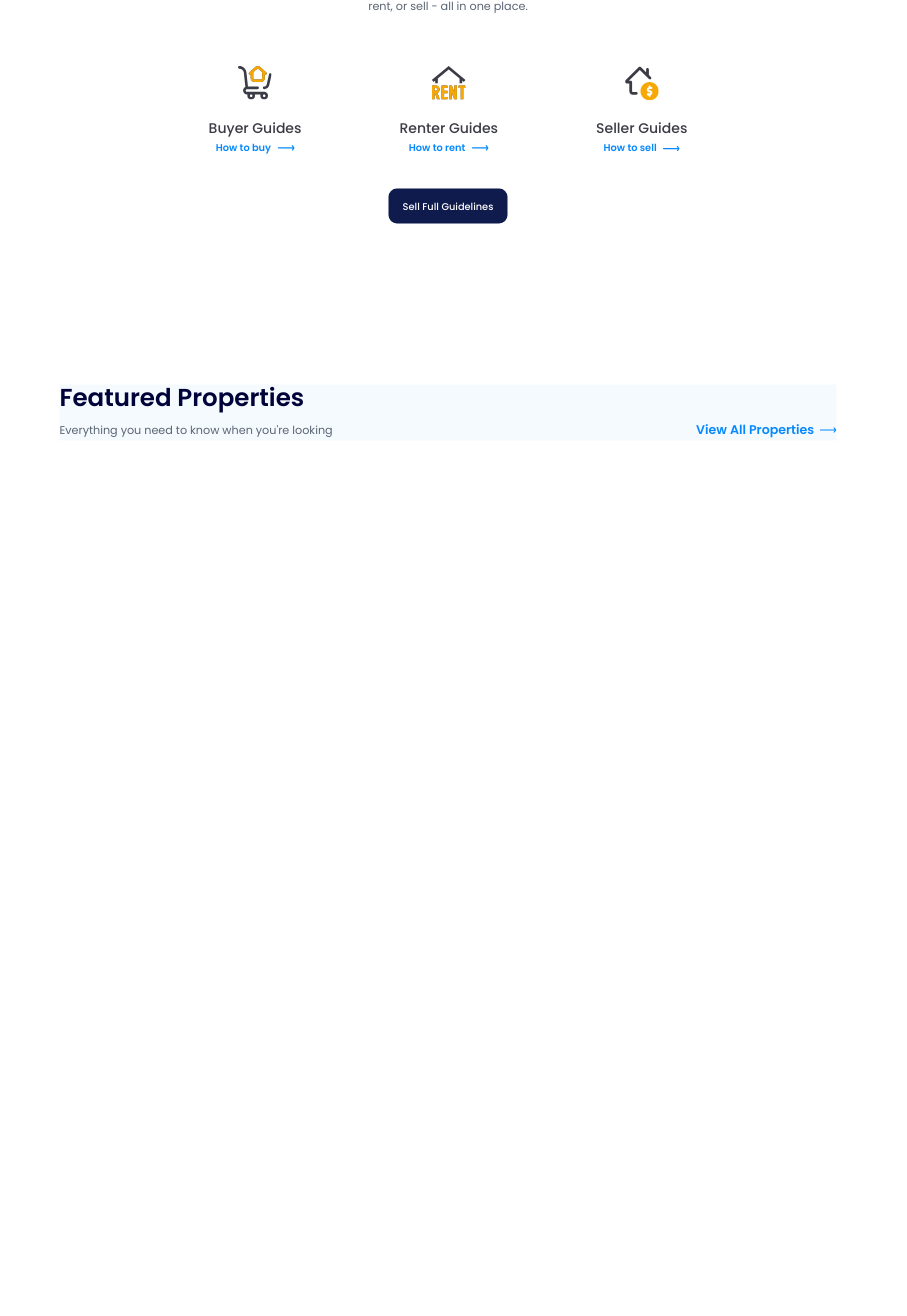
Repository: anhtien111198/f8-htmlcss-01
Page: index.html
An editor plug-in stored every save of this project. The page is shown before and after the next save, followed by the edit.
The browser window is 1280 px wide. The page is 1295 px wide, so the pictures cover 1295 px, including what lies to the right of the window. The pictures show the part of the page from y = 1335 to 3215 px (the page is 10000 px tall), at 70% of full size.

Above is the page before, as saved 2023-04-29 23:43:28.

### index.html
<!DOCTYPE html>
<html lang="en">
    <head>
        <meta charset="UTF-8" />
        <meta http-equiv="X-UA-Compatible" content="IE=edge" />
        <meta name="viewport" content="width=device-width, initial-scale=1.0" />
        <title>F8 project 01</title>
        <link rel="stylesheet" href="./assets/css/reset.css" />
        <link rel="stylesheet" href="./assets/fonts/stylesheet.css" />
        <link rel="stylesheet" href="./assets/css/styles.css" />
    </head>
    <body>
        <main style="height: 10000px">
            <!-- Header -->
            <header class="header">
                <div class="content">
                    <nav class="navbar">
                        <!-- logo -->
                        <img src="./assets/img/logo.svg" alt="Besnik." />
                        <!-- Navigation -->
                        <ul>
                            <li>
                                <a href="#!">Home</a>
                            </li>
                            <li>
                                <a href="#!">Features</a>
                            </li>
                            <li>
                                <a href="#!">Services</a>
                            </li>
                            <li>
                                <a href="#!">Resources</a>
                            </li>
                            <li>
                                <a href="#!">Contact</a>
                            </li>
                        </ul>
                        <!-- Action -->
                        <div class="action">
                            <a href="#!" class="action-link">Sign in</a>
                            <a href="#!" class="btn action-btn">Sing up</a>
                        </div>
                    </nav>

                    <div class="hero">
                        <div class="info">
                            <p class="sub-title">Welcome to Besnik Agency</p>
                            <h1 class="title">
                                Discover a place you'll love to live.
                            </h1>
                            <p class="desc">
                                get the best real estate deals first, before
                                they hit the mass market! HOT FORECLOSURE DEALS
                                with one simple search.
                            </p>
                            <a href="#!" class="btn hero-cta">More About Us</a>
                        </div>

                        <img
                            src="./assets/img/house illustration.svg"
                            alt="Discover a place you'll love to live."
                            class="hero-img"
                        />
                    </div>
                </div>
            </header>

            <!-- clients -->
            <div class="clients">
                <div class="content">
                    <div class="row">
                        <img src="./assets/img/logo.svg" alt="Besnik." />
                        <!-- start -->
                        <div class="start">
                            <img src="./assets/img/start.svg" alt="start" />
                            <img src="./assets/img/start.svg" alt="start" />
                            <img src="./assets/img/start.svg" alt="start" />
                            <img src="./assets/img/start.svg" alt="start" />
                            <img src="./assets/img/start.svg" alt="start" />
                        </div>
                    </div>
                    <div class="row row-desc">
                        <p class="desc">
                            More than 45,000+ companies trust besnik
                        </p>
                        <p class="desc">5 Star Ratings (2k+ Review)</p>
                    </div>
                    <div class="images">
                        <img src="./assets/img/client-1.svg" alt="client 1" />
                        <img src="./assets/img/client-2.svg" alt="client 2" />
                        <img src="./assets/img/client-3.svg" alt="client 3" />
                        <img src="./assets/img/client-4.svg" alt="client 4" />
                        <img src="./assets/img/client-5.svg" alt="client 5" />
                    </div>
                </div>
            </div>

            <!-- Guides -->
            <div class="guides">
                <div class="content">
                    <h2 class="sub-title">How its works?</h2>
                    <p class="desc">
                        Everything you need to know when you're looking to buy,
                        rent, or sell - all in one place.
                    </p>
                    <!-- list guide -->
                    <ul class="list-guide">
                        <li class="guide-item">
                            <img
                                src="./assets/img/buyer.svg"
                                alt="buyer"
                                class="icon"
                            />
                            <h3 class="title">Buyer Guides</h3>
                            <a href="#!" class="link">
                                <span>How to buy</span>
                                <img
                                    src="./assets/img/arow-right.svg"
                                    alt="arrow-right"
                                    class="arrow"
                                />
                            </a>
                        </li>
                        <li class="guide-item">
                            <img
                                src="./assets/img/renter.svg"
                                alt="renter"
                                class="icon"
                            />
                            <h3 class="title">Renter Guides</h3>
                            <a href="#!" class="link">
                                <span>How to rent</span>
                                <img
                                    src="./assets/img/arow-right.svg"
                                    alt="arrow-right"
                                    class="arrow"
                                />
                            </a>
                        </li>
                        <li class="guide-item">
                            <img
                                src="./assets/img/seller.svg"
                                alt="seller"
                                class="icon"
                            />
                            <h3 class="title">Seller Guides</h3>
                            <a href="#!" class="link">
                                <span>How to sell</span>
                                <img
                                    src="./assets/img/arow-right.svg"
                                    alt="arrow-right"
                                    class="arrow"
                                />
                            </a>
                        </li>
                    </ul>
                    <div class="guide-cta">
                        <a href="#!" class="btn">Sell Full Guidelines</a>
                    </div>
                </div>
            </div>

            <!-- Featured -->
            <div class="featured">
                <div class="content">
                    <header>
                        <h2 class="sub-title">Featured Properties</h2>
                        <div class="row">
                            <p class="desc">
                                Everything you need to know when you're looking
                            </p>
                            <a href="#!" class="link">
                                <span>View All Properties</span>
                                <img
                                    src="./assets/img/arow-right.svg"
                                    alt="arrow-right"
                                    class="arrow"
                                />
                            </a>
                        </div>
                    </header>
                </div>
            </div>
        </main>
    </body>
</html>

### assets/fonts/stylesheet.css
@font-face {
    font-family: "Poppins";
    src: url("Poppins/Poppins-Black.woff2") format("woff2"),
        url("Poppins/Poppins-Black.woff") format("woff");
    font-weight: 900;
    font-style: normal;
    font-display: swap;
}

@font-face {
    font-family: "Poppins";
    src: url("Poppins/Poppins-Bold.woff2") format("woff2"),
        url("Poppins/Poppins-Bold.woff") format("woff");
    font-weight: bold;
    font-style: normal;
    font-display: swap;
}

@font-face {
    font-family: "Poppins";
    src: url("Poppins/Poppins-BlackItalic.woff2") format("woff2"),
        url("Poppins/Poppins-BlackItalic.woff") format("woff");
    font-weight: 900;
    font-style: italic;
    font-display: swap;
}

@font-face {
    font-family: "Poppins";
    src: url("Poppins/Poppins-BoldItalic.woff2") format("woff2"),
        url("Poppins/Poppins-BoldItalic.woff") format("woff");
    font-weight: bold;
    font-style: italic;
    font-display: swap;
}

@font-face {
    font-family: "Poppins";
    src: url("Poppins/Poppins-ExtraBoldItalic.woff2") format("woff2"),
        url("Poppins/Poppins-ExtraBoldItalic.woff") format("woff");
    font-weight: bold;
    font-style: italic;
    font-display: swap;
}

@font-face {
    font-family: "Poppins";
    src: url("Poppins/Poppins-ExtraBold.woff2") format("woff2"),
        url("Poppins/Poppins-ExtraBold.woff") format("woff");
    font-weight: bold;
    font-style: normal;
    font-display: swap;
}

@font-face {
    font-family: "Poppins";
    src: url("Poppins/Poppins-ExtraLight.woff2") format("woff2"),
        url("Poppins/Poppins-ExtraLight.woff") format("woff");
    font-weight: 200;
    font-style: normal;
    font-display: swap;
}

@font-face {
    font-family: "Poppins";
    src: url("Poppins/Poppins-ExtraLightItalic.woff2") format("woff2"),
        url("Poppins/Poppins-ExtraLightItalic.woff") format("woff");
    font-weight: 200;
    font-style: italic;
    font-display: swap;
}

@font-face {
    font-family: "Poppins";
    src: url("Poppins/Poppins-LightItalic.woff2") format("woff2"),
        url("Poppins/Poppins-LightItalic.woff") format("woff");
    font-weight: 300;
    font-style: italic;
    font-display: swap;
}

@font-face {
    font-family: "Poppins";
    src: url("Poppins/Poppins-Light.woff2") format("woff2"),
        url("Poppins/Poppins-Light.woff") format("woff");
    font-weight: 300;
    font-style: normal;
    font-display: swap;
}

@font-face {
    font-family: "Poppins";
    src: url("Poppins/Poppins-Italic.woff2") format("woff2"),
        url("Poppins/Poppins-Italic.woff") format("woff");
    font-weight: normal;
    font-style: italic;
    font-display: swap;
}

@font-face {
    font-family: "Poppins";
    src: url("Poppins/Poppins-Regular.woff2") format("woff2"),
        url("Poppins/Poppins-Regular.woff") format("woff");
    font-weight: normal;
    font-style: normal;
    font-display: swap;
}

@font-face {
    font-family: "Poppins";
    src: url("Poppins/Poppins-MediumItalic.woff2") format("woff2"),
        url("Poppins/Poppins-MediumItalic.woff") format("woff");
    font-weight: 500;
    font-style: italic;
    font-display: swap;
}

@font-face {
    font-family: "Poppins";
    src: url("Poppins/Poppins-SemiBoldItalic.woff2") format("woff2"),
        url("Poppins/Poppins-SemiBoldItalic.woff") format("woff");
    font-weight: 600;
    font-style: italic;
    font-display: swap;
}

@font-face {
    font-family: "Poppins";
    src: url("Poppins/Poppins-Thin.woff2") format("woff2"),
        url("Poppins/Poppins-Thin.woff") format("woff");
    font-weight: 100;
    font-style: normal;
    font-display: swap;
}

@font-face {
    font-family: "Poppins";
    src: url("Poppins/Poppins-Medium.woff2") format("woff2"),
        url("Poppins/Poppins-Medium.woff") format("woff");
    font-weight: 500;
    font-style: normal;
    font-display: swap;
}

@font-face {
    font-family: "Poppins";
    src: url("Poppins/Poppins-SemiBold.woff2") format("woff2"),
        url("Poppins/Poppins-SemiBold.woff") format("woff");
    font-weight: 600;
    font-style: normal;
    font-display: swap;
}

@font-face {
    font-family: "Poppins";
    src: url("Poppins/Poppins-ThinItalic.woff2") format("woff2"),
        url("Poppins/Poppins-ThinItalic.woff") format("woff");
    font-weight: 100;
    font-style: italic;
    font-display: swap;
}

### assets/css/styles.css
* {
    box-sizing: border-box;
}
:root {
    --primary-color: #0f1b4c;
}
html {
    font-size: 62.5%;
}
body {
    font-size: 1.6rem;
    font-family: "Poppins", sans-serif;
}
/* common */
a {
    text-decoration: none;
}
.content {
    width: 1110px;
    max-width: calc(100% - 48px);
    margin-left: auto;
    margin-right: auto;
}
.btn {
    display: inline-block;
    min-width: 98px;
    padding: 18px 16px;
    background: var(--primary-color);
    border-radius: 12px;
    font-weight: 500;
    font-size: 1.4rem;
    text-align: center;
    color: #ffffff;
}
.btn:hover {
    opacity: 0.9;
}
/* =============heder============== */
.header {
    position: relative;
    background: #e6f0ff;
    height: 100vh;
}
.navbar {
    display: flex;
    align-items: center;
    padding-top: 38px;
}
.navbar ul {
    display: flex;
    margin-left: 50px;
    /* justify-content: center; */
}
.navbar .action {
    display: flex;
    align-items: center;
    margin-left: auto;
}
.navbar ul a {
    font-weight: 500;
    font-size: 1.4rem;
    color: #4f5361;
    padding: 8px 14px;
}
.navbar ul a:hover {
    text-decoration: underline;
}
.navbar .action-link {
    font-weight: 500;
    font-size: 1.4rem;
    color: var(--primary-color);
}
.navbar .action-btn {
    padding: 13px 16px;
    margin-left: 18px;
    border-radius: 8px;
}
.hero {
    margin-top: 130px;
}
.hero .info {
    width: 51%;
}
.hero .sub-title {
    font-weight: 500;
    font-size: 1.8rem;
    line-height: 1.5;
    letter-spacing: 0.01em;
    color: #687690;
}
.hero .title {
    margin-top: 8px;
    font-weight: 700;
    font-size: 6.2rem;
    line-height: 1.19;
    color: #000336;
}
.hero .desc {
    margin-top: 30px;
    font-weight: 400;
    font-size: 1.8rem;
    line-height: 1.78;
    text-transform: capitalize;
    color: #5a6473;
}
.hero-cta {
    min-width: 170px;
    margin-top: 40px;
}
.hero-img {
    position: absolute;
    right: calc((100vw - 1110px) / 2 - 100px);
    bottom: 0;
}
/* =========Client============ */
.clients {
    margin-top: 122px;
}
.clients .row {
    display: flex;
    justify-content: space-between;
}
.clients .desc {
    font-weight: 500;
    font-size: 1.6rem;
    line-height: 1.25;
    color: #7d8589;
}
.clients .row-desc {
    margin-top: 23px;
}
.clients .images {
    display: flex;
    align-items: center;
    justify-content: space-between;
    margin-top: 96px;
}
/* ====== guides ======== */
.guides {
    margin-top: 200px;
}
.guides .sub-title {
    position: relative;
    font-weight: 600;
    font-size: 3.5rem;
    line-height: 1;
    text-align: center;
    color: #000339;
    /* padding-top: 10px; */
}
.guides .sub-title::before {
    content: "";
    top: -10px;
    left: 50%;
    transform: translateX(-50%);
    display: inline-block;
    position: absolute;
    width: 41px;
    height: 4px;
    background: #000339;
    border-radius: 12px;
}
.guides .desc {
    max-width: 459px;
    margin: 20px auto 0;
    font-weight: 400;
    font-size: 1.6rem;
    line-height: 1.88;
    text-align: center;
    color: #5a6473;
}
.list-guide {
    margin-top: 70px;
    display: flex;
    justify-content: center;
}
.guide-item {
    padding: 0 70px;
    text-align: center;
}
.guide-item .title {
    margin-top: 26px;
    font-weight: 500;
    font-size: 2rem;
    line-height: 1.1;
    color: #3b3c45;
}
.guide-item .link {
    display: inline-block;
    margin-top: 10px;
    font-weight: 600;
    font-size: 1.4rem;
    color: #0689ff;
}
.guide-item .arrow {
    margin-left: 6px;
}
.guide-cta {
    display: flex;
    justify-content: center;
    margin-top: 50px;
}
.guide-cta .btn {
    min-width: 170px;
}
/* ======== Featured=========== */
.featured {
    margin-top: 230px;
}
.featured .content {
    background: #f5fafe;
}
.featured .sub-title {
    font-weight: 600;
    font-size: 3.5rem;
    line-height: 1;
    color: #000339;
}
.featured .row {
    display: flex;
    justify-content: space-between;
    margin-top: 15px;
}
.featured .desc {
    font-weight: 400;
    font-size: 1.6rem;
    line-height: 1.88;
    color: #5a6473;
}
.featured .link {
    display: flex;
    align-items: center;
    font-weight: 600;
    font-size: 1.8rem;
    color: #0689ff;
}
.featured .link .arrow {
    margin-left: 8px;
}

Loaded but not shown: assets/css/reset.css (common file)

After the next save:
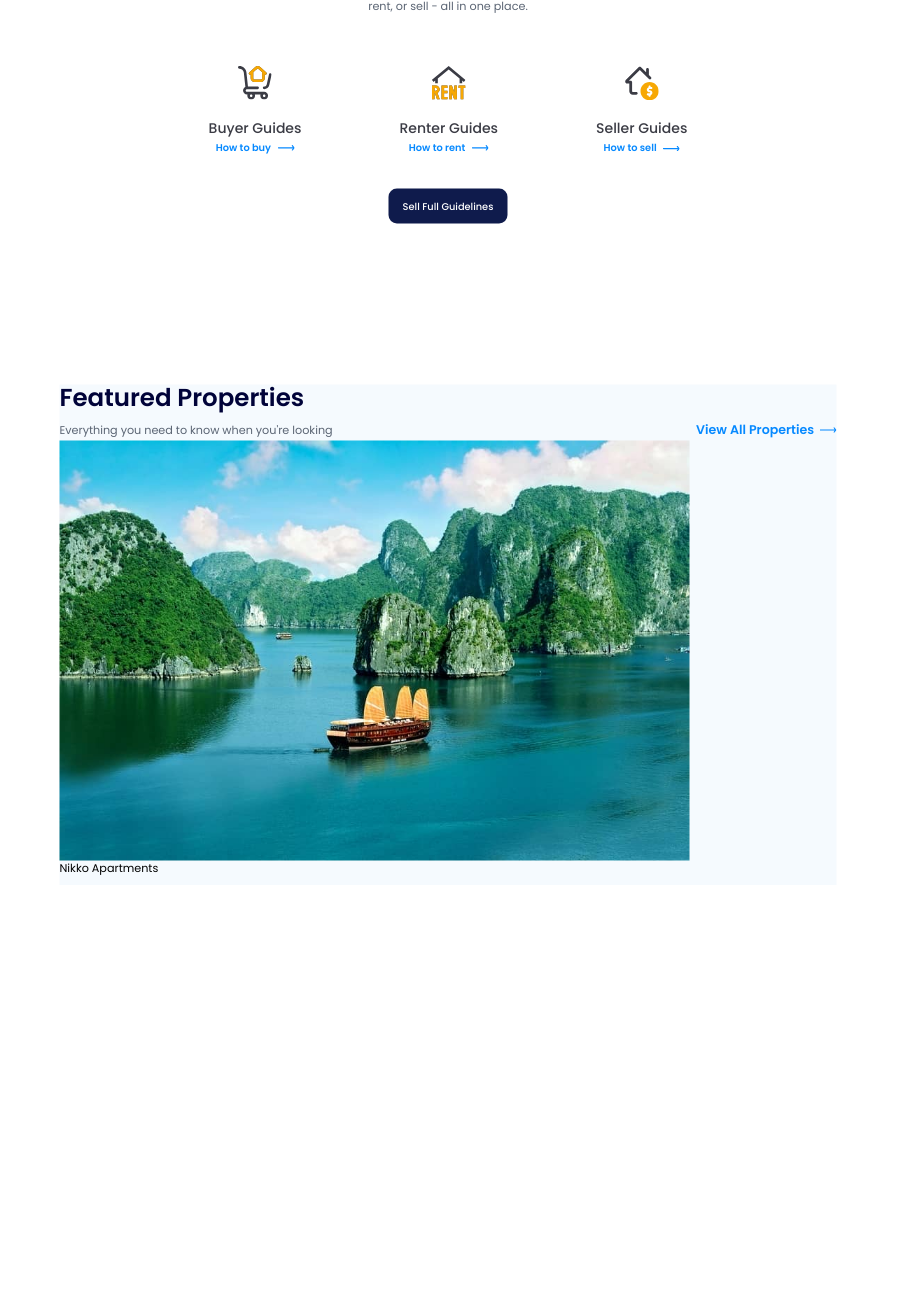
Saved 56 min 26 s later.
--- a/index.html
+++ b/index.html
@@ -179,6 +179,23 @@
                             </a>
                         </div>
                     </header>
+                    <div class="list">
+                        <div class="item">
+                            <img
+                                src="./assets/img/featuured-1.jpg"
+                                alt="Nikko Apartments"
+                                class="thumb"
+                            />
+                            <div class="body">
+                                <h3 class="title">Nikko Apartments</h3>
+                                <p class="desc"></p>
+                                <div class="info">
+                                    <img src="" alt="" class="icon" />
+                                    <span class="label"></span>
+                                </div>
+                            </div>
+                        </div>
+                    </div>
                 </div>
             </div>
         </main>
